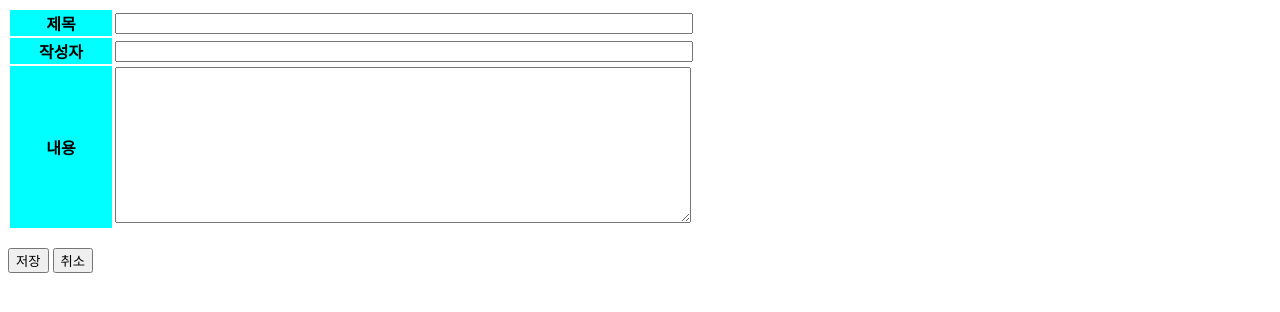
Repository: kdh2212/KDT_code
Page: http://localhost/20250807Web/boardWrite2.jsp
An editor plug-in stored every save of this project. The page is shown before and after the next save, followed by the edit.
The browser window is 1280 px wide. The pictures show the whole page.
The page is served by Tomcat 9. Other server files are loaded and not shown. The database holds what the project's SQL file puts in it.

Above is the page before, as saved 2025-08-07 08:19:11.

### 20250807Web/src/main/webapp/boardWrite2.jsp
<%@ page language="java" contentType="text/html; charset=UTF-8"
    pageEncoding="UTF-8"%>
<%@ page import="java.sql.*, javax.sql.*" %>
<!DOCTYPE html>
<html>
<head>
    <meta charset="UTF-8">
    <style>
        table { width:680px; text-align:center; }
        th    { width:100px; background-color:cyan; }
        input[type=text], textarea { width:100%; }
    </style>
</head>
<body>
<%
Connection conn = null;
Statement stmt = null;
ResultSet rs = null;
String num = request.getParameter("num");
String writer = "";
String title = "";
String content ="";
String regtime = "";
String hits = "";

try {
    Class.forName("com.mysql.cj.jdbc.Driver");
    conn = DriverManager.getConnection("jdbc:mysql://localhost:3305/du08", "root", "1234");
    stmt = conn.createStatement();
    rs = stmt.executeQuery("SELECT * FROM board where num = " + num);
    while (rs.next()) {
        title = rs.getString("title");
        writer = rs.getString("writer");
        regtime = rs.getString("regtime");
        hits = rs.getString("hits");
        content = rs.getString("content");
%>

        <tr>
            <th>제목</th>
            <td><input type="text" name="title"  maxlength="80"
                       value=""><%=title %>
            </td>
        </tr>
        <tr>
            <th>작성자</th>
            <td><input type="text" name="writer" maxlength="20"
                       value=""><%=writer %>
            </td>
        </tr>
        <tr>
            <th>내용</th>
            <td><textarea name="content" rows="10"><%=content %></textarea>
            </td>
        </tr>

<%
    }
} catch (SQLException e) {
    out.println("데이터베이스 오류: " + e.getMessage());
} catch (ClassNotFoundException e) {
    out.println("드라이버를 찾을 수 없습니다: " + e.getMessage());
} finally {
    try {
        if (rs != null) rs.close();
        if (stmt != null) stmt.close();
        if (conn != null) conn.close();
    } catch (SQLException e) {
        out.println("리소스를 닫는 도중 오류 발생: " + e.getMessage());
    }
}
%>
<form method="post" action="boardWriteResult.jsp">
    <table>
        <tr>
            <th>제목</th>
            <td><input type="text" name="title"  maxlength="80"
                       value="">
            </td>
        </tr>
        <tr>
            <th>작성자</th>
            <td><input type="text" name="writer" maxlength="20"
                       value="">
            </td>
        </tr>
        <tr>
            <th>내용</th>
            <td><textarea name="content" rows="10"></textarea>
            </td>
        </tr>
    </table>

    <br>
    <input type="submit" value="저장" <%=num %>>
    <input type="button" value="취소" onclick="history.back()">
</form>

</body>
</html>

### 20250807Web/src/main/webapp/database.sql (the tables this page reads)
create table board (
    num     int          auto_increment primary key,
    writer  varchar(20),
    title   varchar(60),
    content text,
    regtime varchar(20),
    hits    int
);

insert into board values
    (1, '홍길동', '글 1', '글의 내용 1', '2017-07-30 10:10:11', 0),
    (2, '이순신', '글 2', '글의 내용 2', '2017-07-30 10:10:12', 0),
    (3, '강감찬', '글 3', '글의 내용 3', '2017-07-30 10:10:13', 0),
    (4, '김수로', '글 4', '글의 내용 4', '2017-07-30 10:10:14', 0),
    (5, '장길산', '글 5', '글의 내용 5', '2017-07-30 10:10:15', 0),
    (6, '김수로', '글 6', '글의 내용 6', '2017-07-30 10:10:16', 0),
    (7, '홍길동', '글 7', '글의 내용 7', '2017-07-30 10:10:17', 0),
    (8, '이순신', '글 8', '글의 내용 8', '2017-07-30 10:10:18', 0);

After the next save:
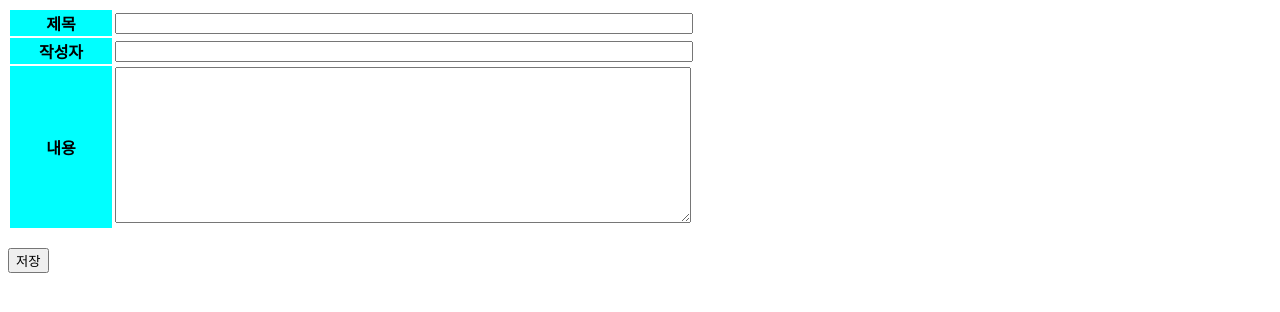
Console error (its wording comes from the project's code and is left out).
Saved 57 s later.
--- a/20250807Web/src/main/webapp/boardWrite2.jsp
+++ b/20250807Web/src/main/webapp/boardWrite2.jsp
@@ -92,7 +92,7 @@
     </table>
 
     <br>
-    <input type="submit" value="저장" <%=num %>>
+    <input type="submit" value="저장" <%=num %> onclick="location.href='boardWrite.jsp'>
     <input type="button" value="취소" onclick="history.back()">
 </form>
 

After the 3 saves that followed:
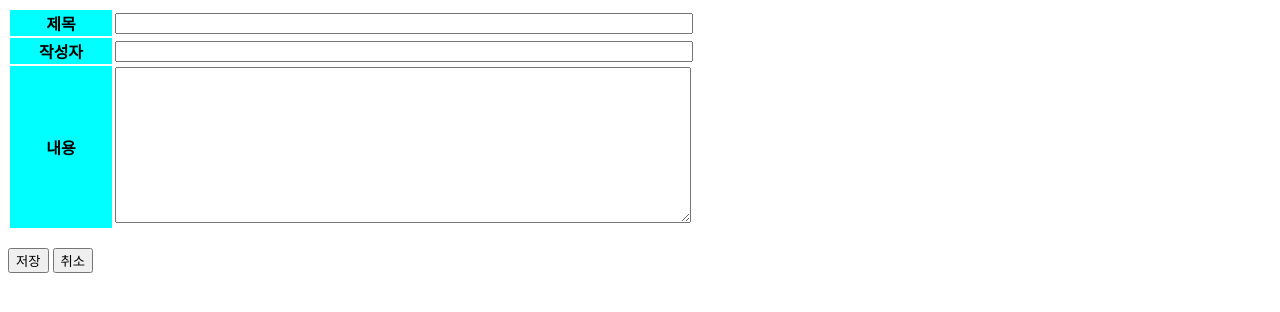
The error is gone.
The 3 saves are shown as one change because 2 left the picture as it was.
The last was saved 45 s later.
--- a/20250807Web/src/main/webapp/boardWrite2.jsp
+++ b/20250807Web/src/main/webapp/boardWrite2.jsp
@@ -92,7 +92,7 @@
     </table>
 
     <br>
-    <input type="submit" value="저장" <%=num %> onclick="location.href='boardWrite.jsp'>
+    <input type="submit" value="저장" onclick="location.href='boardUpdateResult.jsp'">
     <input type="button" value="취소" onclick="history.back()">
 </form>
 
